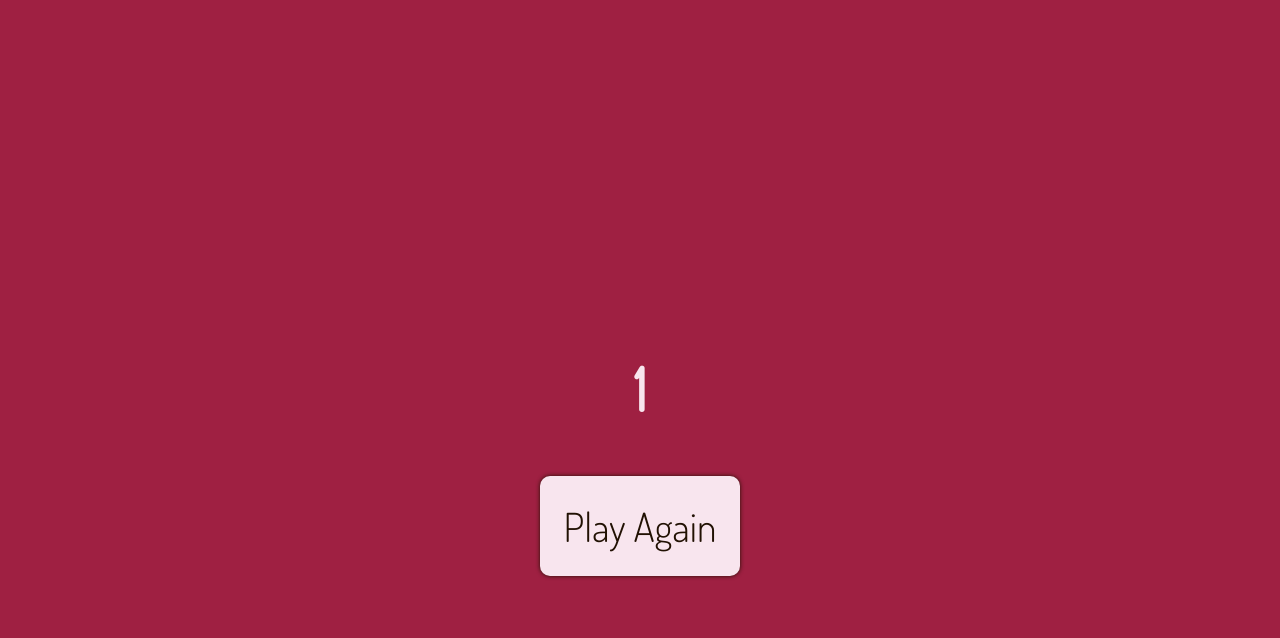
Repository: shayanabedi98/rock-paper-scissors
Page: winner.html
The author's editor kept a copy of each file at every save. The page is drawn from the files as they stood at one save, then again after the next save.
The browser window is 1280 px wide. The pictures show the whole page.

Above is the page before, as saved 2023-07-14 02:06:45.
Console error: TypeError: Cannot read properties of null (reading 'addEventListener')

After the next save:
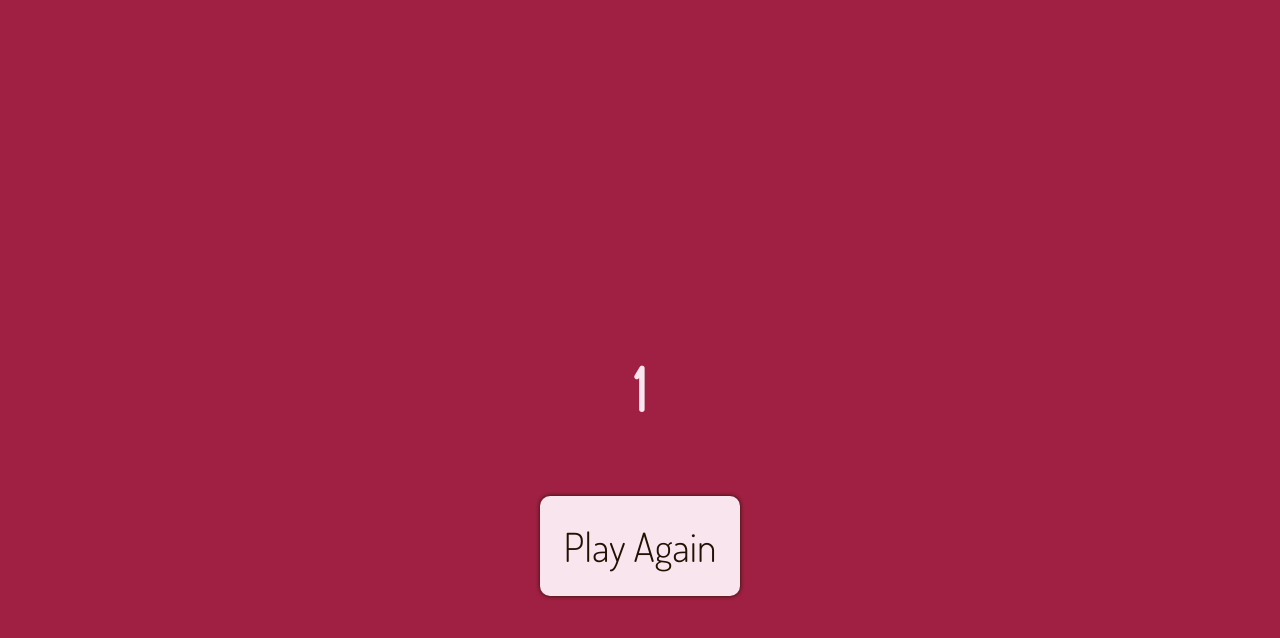
Saved 4 s later.
--- a/styles.css
+++ b/styles.css
@@ -102,5 +102,5 @@ h1 {
     border: 0;
     border-radius: 10px;
     box-shadow: 0 0 4px 0 #211103;
-    margin: 10px 0;
+    margin: 30px 0;
 }
